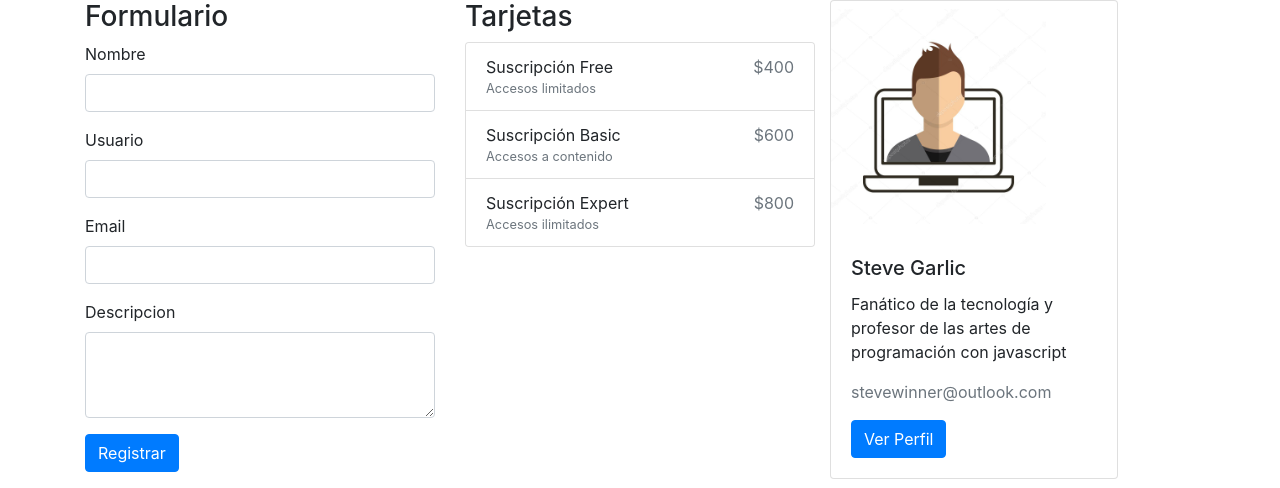
Repository: pedro-donoso/manipulacion-dom
Page: index.html
The author's editor kept a copy of each file at every save. The page is drawn from the files as they stood at one save, then again after a run of saves.
The browser window is 1280 px wide. The pictures show the part of the page from y = 348 to 836 px (the page is 836 px tall).

Above is the page before, as saved 2024-02-06 14:08:14.

### index.html
<!doctype html>
<html lang="es">

<head>
    <!-- Required meta tags -->
    <meta charset="utf-8">
    <meta name="viewport" content="width=device-width, initial-scale=1, shrink-to-fit=no">

    <!-- Bootstrap CSS -->
    <link rel="stylesheet" href="https://cdn.jsdelivr.net/npm/bootstrap@4.3.1/dist/css/bootstrap.min.css"
        integrity="sha384-ggOyR0iXCbMQv3Xipma34MD+dH/1fQ784/j6cY/iJTQUOhcWr7x9JvoRxT2MZw1T" crossorigin="anonymous">

    <title>Manipulación del DOM</title>
</head>

<body>

    <main class="container">

        <!-- 1- AGREGO CLASE container PARA MANIPULAR ESTE PÁRRAFO -->
        <div class="row mt-5 text-center justify-content-between" id="contenedor">
            <div class="col-4 col-md-4">
                <h2>Manipulación del DOM</h2>
                <p>
                    El DOM es una API definida para representar e interactuar con cualquier documento HTML. El DOM es un
                    modelo de documento que se carga en el navegador web y que representa el documento como un árbol de
                    nodos, en donde cada nodo representa una parte del documento (puede tratarse de un elemento, una
                    cadena de texto o un comentario)
                </p>
            </div>
        </div>
        <div class="row">
            <div class="col-4 col-md-4">
                <h3>Formulario</h3>
                <!-- 15- AGREGO id PARA ESCUCHAR EVENTO CLICK -->
                <form id="formulario">
                    <!-- 21- AGREGO ID DE CADA CAMPO -->
                    <label>Nombre</label>
                    <input type="text" class="form-control mb-3" id="nombre">
                    <label>Usuario</label>
                    <input type="text" class="form-control mb-3" id="usuario">
                    <label>Email</label>
                    <input type="email" class="form-control mb-3" id="email">
                    <label>Descripcion</label>
                    <textarea rows="3" class="form-control mb-3" id="descripcion"></textarea>
                    <div>
                        <button class="btn btn-primary mb-3">Registrar</button>
                    </div>
                </form>
            </div>
            <div class="col-4 col-md-4">
                <h3>Tarjetas</h3>
                <div class="card">
                    <ul class="list-group list-group-flush">
                        <li class="list-group-item d-flex justify-content-between">
                            <div class="d-flex flex-column">
                                <span>Suscripción Free</span>
                                <small class="text-muted">Accesos limitados</small>
                            </div>
                            <div>
                                <span class="text-muted">$400</span>
                            </div>
                        </li>
                        <li class="list-group-item d-flex justify-content-between">
                            <div class="d-flex flex-column">
                                <span>Suscripción Basic</span>
                                <small class="text-muted">Accesos a contenido</small>
                            </div>
                            <div>
                                <span class="text-muted">$600</span>
                            </div>
                        </li>
                        <li class="list-group-item d-flex justify-content-between">
                            <div class="d-flex flex-column">
                                <span>Suscripción Expert</span>
                                <small class="text-muted">Accesos ilimitados</small>
                            </div>
                            <div>
                                <span class="text-muted">$800</span>
                            </div>
                        </li>
                    </ul>
                </div>
            </div>

            <!-- 8- AGREGO CARD -->
        <!-- 13- AGREGO ID PARA CAPTURAR CONTENEDOR -->
        <div class="row" id="contenedor_tarjeta">

        </div>

        </div>

    </main>

    <!-- Optional JavaScript -->
    <!-- jQuery first, then Popper.js, then Bootstrap JS -->
    <script src="https://code.jquery.com/jquery-3.3.1.slim.min.js"
        integrity="sha384-q8i/X+965DzO0rT7abK41JStQIAqVgRVzpbzo5smXKp4YfRvH+8abtTE1Pi6jizo"
        crossorigin="anonymous"></script>
    <script src="https://cdn.jsdelivr.net/npm/popper.js@1.14.7/dist/umd/popper.min.js"
        integrity="sha384-UO2eT0CpHqdSJQ6hJty5KVphtPhzWj9WO1clHTMGa3JDZwrnQq4sF86dIHNDz0W1"
        crossorigin="anonymous"></script>
    <script src="https://cdn.jsdelivr.net/npm/bootstrap@4.3.1/dist/js/bootstrap.min.js"
        integrity="sha384-JjSmVgyd0p3pXB1rRibZUAYoIIy6OrQ6VrjIEaFf/nJGzIxFDsf4x0xIM+B07jRM"
        crossorigin="anonymous"></script>

    <script src="./app.js"></script>
</body>

</html>

### app.js
// 2- CREO VARIABLE PARA MANIPULAR HTML
let contenedor = document.querySelector("#contenedor");

// 3- CREAR ELEMENTO SUBTITULO Y LE AGREGO PROPIEDADES
let subtitulo = document.createElement("h4");
subtitulo.innerText = "Árbol de nodos";

// 4- OBTENER EL CUERPO DEL DOCUMENTO
let body = document.body;

// 5- AGREGAR EL NUEVO ELEMENTO AL CUERPO DEL DOCUMENTO
body.appendChild(subtitulo);

// 6- AGREGO IMAGEN
let imagen = document.createElement("img");
imagen.src =
  "https://www.freecodecamp.org/news/content/images/2021/09/Document.jpg";
imagen.width = "400";
imagen.height = "300";
imagen.alt = "árbol de nodos";

// 7- AGREGO ELEMENTOS AL CONTENEDOR
contenedor.append(subtitulo, imagen);

// 13- AGREGO CONSTRUCTOR
const autor = {
  nombre: "Steve Garlic",
  usuario: "",
  email: "stevewinner@outlook.com",
  descripcion:
    "Fanático de la tecnología y profesor de las artes de programación con javascript",
  imagen: "./img/icono.jpg"
};

// 19- Agrego const crearTarjeta y agrego todas las funciones del código
const crearTarjeta = () => {
  // 25- CREO DOCUMENTO VACIO
  document.querySelector("#contenedor_tarjeta").innerHTML = "";

  // 9- CREO ESTRUCTURA DEL CODIGO
  let columnaTarjeta = document.createElement("div");
  columnaTarjeta.className = "col";

  // 10- CREO TEMPLATE STRING DEL CONTENIDO DE LA TARJETA AUTOR
  // 14- AGREGO DATOS DEL CONSTRUCTOR (13)
  // 17- CREO EVENTO onclick
  // 19- LLAMAR A eventoClick CON event
  let tarjetaAutor = ` <div class="card" style="width: 18rem;">
        <img class="card-img-top pt-2 w-75" src="${autor.imagen}" alt="Card image cap">
        <div class="card-body">
        <h4 class="card-title">${autor.usuario}</h4>
            <h5 class="card-title">${autor.nombre}</h5>
            <p class="card-text">${autor.descripcion}</p>
            <p class="text-muted">${autor.email}</p>
            <button class="btn btn-primary" onclick="eventoClick(event)">Ver Perfil</button>
        </div>
    </div>`;

  // 11- AGREGO TEMPLATE STRING A columnaTarjeta (HIJO)
  columnaTarjeta.innerHTML = tarjetaAutor;

  // 12- AGREGO columnaTarjeta AL CONTENEDOR (PADRE) MEDIANTE LA SELECCIÓN DEL ID #contenedor_tarjeta
  document.querySelector("#contenedor_tarjeta").append(columnaTarjeta);
};

// 16- Creo constante modificarAutor para agregarla al form en index.html, la función recibirá un evento
  const modificarAutor= (event) => {
    console.log(event);
    event.preventDefault();

    // 22- CAPTURO CAMPOS DEL FORMULARIO
    let nombre = document.querySelector("#nombre").value;
    let usuario = document.querySelector("#usuario").value;
    let email = document.querySelector("#email").value;
     let descripcion = document.querySelector("#descripcion").value;

    // 23- LLAMO A LA CONSTANTE AUTOR
    autor.nombre = nombre;
    autor.usuario = usuario;
    autor.email = email;
    autor.descripcion = descripcion;

    // 24- SE VUELVE A CREAR LA TARJETA CON LOS NUEVOS DATOS
    crearTarjeta();
  };


// 18- CAPTURO EVENTO CLIC DEL BOTON EN EL form MEDIANTE EL ID formulario
document.getElementById("formulario").addEventListener("submit",modificarAutor);

// 20- LLAMO A LA FUNCIÓN
crearTarjeta();

After the next 2 saves:
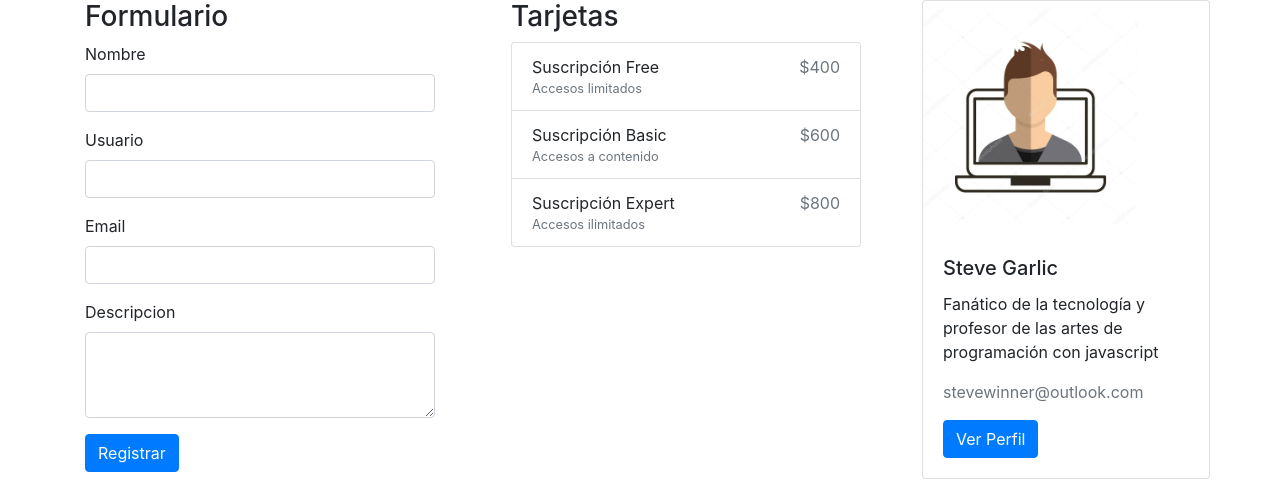
The 2 saves are shown as one change because they came seconds apart.
The last was saved 28 s later.
--- a/index.html
+++ b/index.html
@@ -29,7 +29,7 @@
                 </p>
             </div>
         </div>
-        <div class="row">
+        <div class="row justify-content-between">
             <div class="col-4 col-md-4">
                 <h3>Formulario</h3>
                 <!-- 15- AGREGO id PARA ESCUCHAR EVENTO CLICK -->
